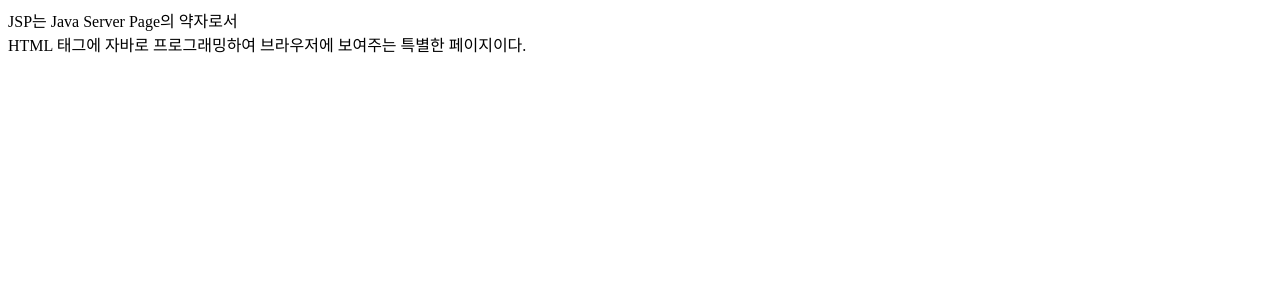
Repository: dadomin/2020JAVA
Page: http://localhost/20201damin/ex01.jsp
These files come from the project's save history. The page is drawn as it stood at one moment and after the next save; the edit follows.
The browser window is 1280 px wide. The pictures show the whole page.
The page is served by Tomcat 9.

Above is the page before, as saved 2020-06-02 01:35:37.

### first semester/20201damin/WebContent/ex01.jsp
<%@ page language="java" contentType="text/html; charset=UTF-8"
    pageEncoding="UTF-8"%>
<!DOCTYPE html>
<html>
<head>
<meta charset="UTF-8">
<title>JSP 간단한 정리</title>
</head>
<body>

	JSP는 Java Server Page의 약자로서 <br>
	HTML 태그에 자바로 프로그래밍하여 브라우저에 보여주는 특별한 페이지이다.
</pre>

</body>
</html>

After the next save:
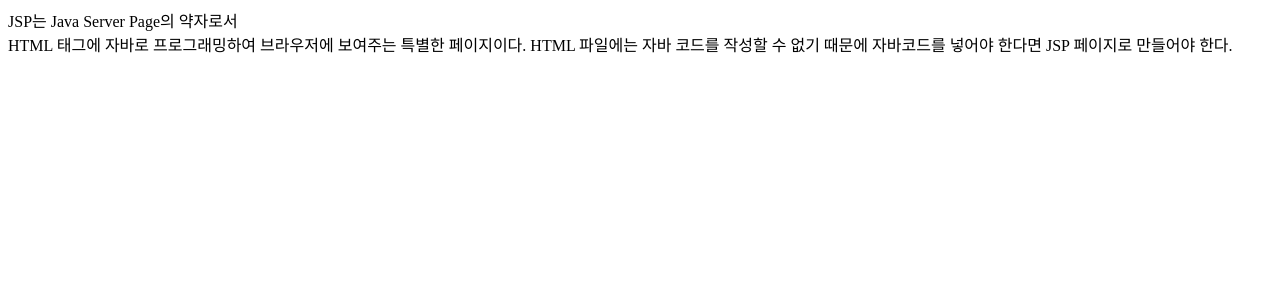
Saved 46 s later.
--- a/first semester/20201damin/WebContent/ex01.jsp
+++ b/first semester/20201damin/WebContent/ex01.jsp
@@ -11,6 +11,8 @@
 	JSP는 Java Server Page의 약자로서 <br>
 	HTML 태그에 자바로 프로그래밍하여 브라우저에 보여주는 특별한 페이지이다.
 </pre>
+HTML 파일에는 자바 코드를 작성할 수 없기 때문에
+자바코드를 넣어야 한다면 JSP 페이지로 만들어야 한다.
 
 </body>
 </html>
